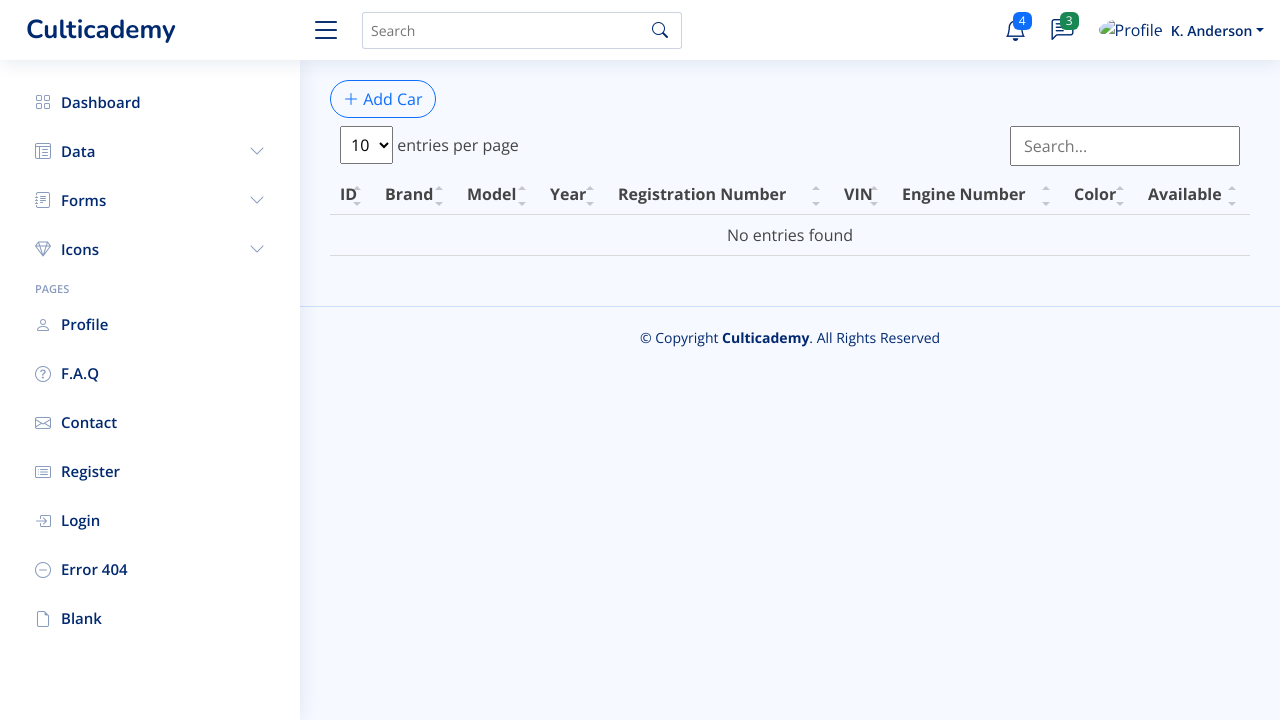
Repository: Jistoper/car_rental
Page: resources/views/backsite/content/car/cartable.blade.php
The author's editor kept a copy of each file at every save. The page is drawn from the files as they stood at one save, then again after the next save.
The browser window is 1280 px wide. The pictures show the whole page.
The page is served by the project's Laravel application, run on PHP 8.4 with Laravel 9. Other server files are loaded and not shown. The template is opened directly, without the code that normally fills it, so the values that code supplies are empty.

Above is the page before, as saved 2023-06-22 13:14:09.

### routes/web.php
<?php

use Illuminate\Support\Facades\Route;
use App\Http\Controllers\carcontroller;

/*
|--------------------------------------------------------------------------
| Web Routes
|--------------------------------------------------------------------------
|
| Here is where you can register web routes for your application. These
| routes are loaded by the RouteServiceProvider within a group which
| contains the "web" middleware group. Now create something great!
|
*/

Route::get('/dashboard', function () {
    return view('backsite.dashboard');
})->name('dashboard');

Route::controller(CarController::class)->as('car.')->group(function(){
    Route::get('/car', 'getall')->name('getall');
    Route::post('/create', 'create')->name('create');
});

### resources/views/backsite/content/car/cartable.blade.php
@extends('backsite.dashboard')

@section('content')

<div>
    <div>
        <a href="{{ route('car.create') }}" class="btn btn-outline-primary rounded-pill bi-plus-lg"> Add Car</a>
    </div>
    <table class="table datatable">
        <thead>
          <tr>
            <th scope="col">ID</th>
            <th scope="col">Brand</th>
            <th scope="col">Model</th>
            <th scope="col">Year</th>
            <th scope="col">Registration Number</th>
            <th scope="col">VIN</th>
            <th scope="col">Engine Number</th>
            <th scope="col">Color</th>
            <th scope="col">Available</th>
          </tr>
        </thead>
        <tbody>
            @foreach($Cars as $cars)
                <tr>
                    <td>{{ $cars['car_id'] }}</td>
                    <td>{{ $cars['brand'] }}</td>
                    <td>{{ $cars['model'] }}</td>
                    <td>{{ $cars['year'] }}</td>
                    <td>{{ $cars['registration_number'] }}</td>
                    <td>{{ $cars['vin'] }}</td>
                    <td>{{ $cars['engine_number'] }}</td>
                    <td>{{ $cars['color'] }}</td>
                    <td>{{ $cars['is_available'] ? 'Yes' : 'No' }}</td>
                </tr>
            @endforeach
        </tbody>
    </table>
</div>

@endsection

### resources/views/backsite/partials/header.blade.php
<header id="header" class="header fixed-top d-flex align-items-center">
    <div class="d-flex align-items-center justify-content-between">
      <a href="{{ route('dashboard') }}" class="logo d-flex align-items-center">
        <img src="assets/img/logo.png" alt="">
        <span class="d-none d-lg-block">Culticademy</span>
      </a>
      <i class="bi bi-list toggle-sidebar-btn"></i>
    </div><!-- End Logo -->

    <div class="search-bar">
      <form class="search-form d-flex align-items-center" method="POST" action="#">
        <input type="text" name="query" placeholder="Search" title="Enter search keyword">
        <button type="submit" title="Search"><i class="bi bi-search"></i></button>
      </form>
    </div><!-- End Search Bar -->

    <nav class="header-nav ms-auto">
      <ul class="d-flex align-items-center">

        <li class="nav-item d-block d-lg-none">
          <a class="nav-link nav-icon search-bar-toggle " href="#">
            <i class="bi bi-search"></i>
          </a>
        </li><!-- End Search Icon-->

        <li class="nav-item dropdown">

          <a class="nav-link nav-icon" href="#" data-bs-toggle="dropdown">
            <i class="bi bi-bell"></i>
            <span class="badge bg-primary badge-number">4</span>
          </a><!-- End Notification Icon -->

          <ul class="dropdown-menu dropdown-menu-end dropdown-menu-arrow notifications">
            <li class="dropdown-header">
              You have 4 new notifications
              <a href="#"><span class="badge rounded-pill bg-primary p-2 ms-2">View all</span></a>
            </li>
            <li>
              <hr class="dropdown-divider">
            </li>

            <li class="notification-item">
              <i class="bi bi-exclamation-circle text-warning"></i>
              <div>
                <h4>Lorem Ipsum</h4>
                <p>Quae dolorem earum veritatis oditseno</p>
                <p>30 min. ago</p>
              </div>
            </li>

            <li>
              <hr class="dropdown-divider">
            </li>

            <li class="notification-item">
              <i class="bi bi-x-circle text-danger"></i>
              <div>
                <h4>Atque rerum nesciunt</h4>
                <p>Quae dolorem earum veritatis oditseno</p>
                <p>1 hr. ago</p>
              </div>
            </li>

            <li>
              <hr class="dropdown-divider">
            </li>

            <li class="notification-item">
              <i class="bi bi-check-circle text-success"></i>
              <div>
                <h4>Sit rerum fuga</h4>
                <p>Quae dolorem earum veritatis oditseno</p>
                <p>2 hrs. ago</p>
              </div>
            </li>

            <li>
              <hr class="dropdown-divider">
            </li>

            <li class="notification-item">
              <i class="bi bi-info-circle text-primary"></i>
              <div>
                <h4>Dicta reprehenderit</h4>
                <p>Quae dolorem earum veritatis oditseno</p>
                <p>4 hrs. ago</p>
              </div>
            </li>

            <li>
              <hr class="dropdown-divider">
            </li>
            <li class="dropdown-footer">
              <a href="#">Show all notifications</a>
            </li>

          </ul><!-- End Notification Dropdown Items -->

        </li><!-- End Notification Nav -->

        <li class="nav-item dropdown">

          <a class="nav-link nav-icon" href="#" data-bs-toggle="dropdown">
            <i class="bi bi-chat-left-text"></i>
            <span class="badge bg-success badge-number">3</span>
          </a><!-- End Messages Icon -->

          <ul class="dropdown-menu dropdown-menu-end dropdown-menu-arrow messages">
            <li class="dropdown-header">
              You have 3 new messages
              <a href="#"><span class="badge rounded-pill bg-primary p-2 ms-2">View all</span></a>
            </li>
            <li>
              <hr class="dropdown-divider">
            </li>

            <li class="message-item">
              <a href="#">
                <img src="assets/img/messages-1.jpg" alt="" class="rounded-circle">
                <div>
                  <h4>Maria Hudson</h4>
                  <p>Velit asperiores et ducimus soluta repudiandae labore officia est ut...</p>
                  <p>4 hrs. ago</p>
                </div>
              </a>
            </li>
            <li>
              <hr class="dropdown-divider">
            </li>

            <li class="message-item">
              <a href="#">
                <img src="assets/img/messages-2.jpg" alt="" class="rounded-circle">
                <div>
                  <h4>Anna Nelson</h4>
                  <p>Velit asperiores et ducimus soluta repudiandae labore officia est ut...</p>
                  <p>6 hrs. ago</p>
                </div>
              </a>
            </li>
            <li>
              <hr class="dropdown-divider">
            </li>

            <li class="message-item">
              <a href="#">
                <img src="assets/img/messages-3.jpg" alt="" class="rounded-circle">
                <div>
                  <h4>David Muldon</h4>
                  <p>Velit asperiores et ducimus soluta repudiandae labore officia est ut...</p>
                  <p>8 hrs. ago</p>
                </div>
              </a>
            </li>
            <li>
              <hr class="dropdown-divider">
            </li>

            <li class="dropdown-footer">
              <a href="#">Show all messages</a>
            </li>

          </ul><!-- End Messages Dropdown Items -->

        </li><!-- End Messages Nav -->

        <li class="nav-item dropdown pe-3">

          <a class="nav-link nav-profile d-flex align-items-center pe-0" href="#" data-bs-toggle="dropdown">
            <img src="assets/img/profile-img.jpg" alt="Profile" class="rounded-circle">
            <span class="d-none d-md-block dropdown-toggle ps-2">K. Anderson</span>
          </a><!-- End Profile Iamge Icon -->

          <ul class="dropdown-menu dropdown-menu-end dropdown-menu-arrow profile">
            <li class="dropdown-header">
              <h6>Kevin Anderson</h6>
              <span>Web Designer</span>
            </li>
            <li>
              <hr class="dropdown-divider">
            </li>

            <li>
              <a class="dropdown-item d-flex align-items-center" href="users-profile.html">
                <i class="bi bi-person"></i>
                <span>My Profile</span>
              </a>
            </li>
            <li>
              <hr class="dropdown-divider">
            </li>

            <li>
              <a class="dropdown-item d-flex align-items-center" href="users-profile.html">
                <i class="bi bi-gear"></i>
                <span>Account Settings</span>
              </a>
            </li>
            <li>
              <hr class="dropdown-divider">
            </li>

            <li>
              <a class="dropdown-item d-flex align-items-center" href="pages-faq.html">
                <i class="bi bi-question-circle"></i>
                <span>Need Help?</span>
              </a>
            </li>
            <li>
              <hr class="dropdown-divider">
            </li>

            <li>
              <a class="dropdown-item d-flex align-items-center" href="#">
                <i class="bi bi-box-arrow-right"></i>
                <span>Sign Out</span>
              </a>
            </li>

          </ul><!-- End Profile Dropdown Items -->
        </li><!-- End Profile Nav -->

      </ul>
    </nav><!-- End Icons Navigation -->
</header>

### resources/views/backsite/partials/sidebar.blade.php
<aside id="sidebar" class="sidebar">

    <ul class="sidebar-nav" id="sidebar-nav">

      <li class="nav-item">
        <a class="nav-link collapsed" href="{{ route('dashboard') }}">
          <i class="bi bi-grid"></i>
          <span>Dashboard</span>
        </a>
      </li><!-- End Dashboard Nav -->

      <li class="nav-item">
        <a class="nav-link collapsed" data-bs-target="#tables-nav" data-bs-toggle="collapse" href="#">
          <i class="bi bi-layout-text-window-reverse"></i><span>Data</span><i class="bi bi-chevron-down ms-auto"></i>
        </a>
        <ul id="tables-nav" class="nav-content collapse " data-bs-parent="#sidebar-nav">
          <li>
            <a href="{{ route('car.getall') }}">
              <i class="bi bi-circle"></i><span>Cars</span>
            </a>
          </li>
          <li>
            <a href="{{ route('dashboard') }}">
              <i class="bi bi-circle"></i><span>Data Tables</span>
            </a>
          </li>
        </ul>
      </li><!-- End Tables Nav -->

      <li class="nav-item">
        <a class="nav-link collapsed" data-bs-target="#forms-nav" data-bs-toggle="collapse" href="#">
          <i class="bi bi-journal-text"></i><span>Forms</span><i class="bi bi-chevron-down ms-auto"></i>
        </a>
        <ul id="forms-nav" class="nav-content collapse " data-bs-parent="#sidebar-nav">
          <li>
            <a href="forms-elements.html">
              <i class="bi bi-circle"></i><span>Form Elements</span>
            </a>
          </li>
          <li>
            <a href="forms-layouts.html">
              <i class="bi bi-circle"></i><span>Form Layouts</span>
            </a>
          </li>
          <li>
            <a href="forms-editors.html">
              <i class="bi bi-circle"></i><span>Form Editors</span>
            </a>
          </li>
          <li>
            <a href="forms-validation.html">
              <i class="bi bi-circle"></i><span>Form Validation</span>
            </a>
          </li>
        </ul>
      </li><!-- End Forms Nav -->

      <li class="nav-item">
        <a class="nav-link collapsed" data-bs-target="#icons-nav" data-bs-toggle="collapse" href="#">
          <i class="bi bi-gem"></i><span>Icons</span><i class="bi bi-chevron-down ms-auto"></i>
        </a>
        <ul id="icons-nav" class="nav-content collapse " data-bs-parent="#sidebar-nav">
          <li>
            <a href="icons-bootstrap.html">
              <i class="bi bi-circle"></i><span>Bootstrap Icons</span>
            </a>
          </li>
          <li>
            <a href="icons-remix.html">
              <i class="bi bi-circle"></i><span>Remix Icons</span>
            </a>
          </li>
          <li>
            <a href="icons-boxicons.html">
              <i class="bi bi-circle"></i><span>Boxicons</span>
            </a>
          </li>
        </ul>
      </li><!-- End Icons Nav -->

      <li class="nav-heading">Pages</li>

      <li class="nav-item">
        <a class="nav-link collapsed" href="users-profile.html">
          <i class="bi bi-person"></i>
          <span>Profile</span>
        </a>
      </li><!-- End Profile Page Nav -->

      <li class="nav-item">
        <a class="nav-link collapsed" href="pages-faq.html">
          <i class="bi bi-question-circle"></i>
          <span>F.A.Q</span>
        </a>
      </li><!-- End F.A.Q Page Nav -->

      <li class="nav-item">
        <a class="nav-link collapsed" href="pages-contact.html">
          <i class="bi bi-envelope"></i>
          <span>Contact</span>
        </a>
      </li><!-- End Contact Page Nav -->

      <li class="nav-item">
        <a class="nav-link collapsed" href="pages-register.html">
          <i class="bi bi-card-list"></i>
          <span>Register</span>
        </a>
      </li><!-- End Register Page Nav -->

      <li class="nav-item">
        <a class="nav-link collapsed" href="pages-login.html">
          <i class="bi bi-box-arrow-in-right"></i>
          <span>Login</span>
        </a>
      </li><!-- End Login Page Nav -->

      <li class="nav-item">
        <a class="nav-link collapsed" href="pages-error-404.html">
          <i class="bi bi-dash-circle"></i>
          <span>Error 404</span>
        </a>
      </li><!-- End Error 404 Page Nav -->

      <li class="nav-item">
        <a class="nav-link collapsed" href="pages-blank.html">
          <i class="bi bi-file-earmark"></i>
          <span>Blank</span>
        </a>
      </li><!-- End Blank Page Nav -->

    </ul>

  </aside><!-- End Sidebar-->

### public/assets/simple-datatables/style.css
.datatable-wrapper.no-header .datatable-container {
	border-top: 1px solid #d9d9d9;
}

.datatable-wrapper.no-footer .datatable-container {
	border-bottom: 1px solid #d9d9d9;
}

.datatable-top,
.datatable-bottom {
	padding: 8px 10px;
}

.datatable-top > nav:first-child,
.datatable-top > div:first-child,
.datatable-bottom > nav:first-child,
.datatable-bottom > div:first-child {
	float: left;
}

.datatable-top > nav:last-child,
.datatable-top > div:last-child,
.datatable-bottom > nav:last-child,
.datatable-bottom > div:last-child {
	float: right;
}

.datatable-selector {
	padding: 6px;
}

.datatable-input {
	padding: 6px 12px;
}

.datatable-info {
	margin: 7px 0;
}

/* PAGER */
.datatable-pagination ul {
	margin: 0;
	padding-left: 0;
}

.datatable-pagination li {
	list-style: none;
	float: left;
}

.datatable-pagination li.datatable-hidden {
    visibility: hidden;
}

.datatable-pagination a {
	border: 1px solid transparent;
	float: left;
	margin-left: 2px;
	padding: 6px 12px;
	position: relative;
	text-decoration: none;
	color: #333;
    cursor: pointer;
}

.datatable-pagination a:hover {
	background-color: #d9d9d9;
}

.datatable-pagination .datatable-active a,
.datatable-pagination .datatable-active a:focus,
.datatable-pagination .datatable-active a:hover {
	background-color: #d9d9d9;
	cursor: default;
}

.datatable-pagination .datatable-ellipsis a,
.datatable-pagination .datatable-disabled a,
.datatable-pagination .datatable-disabled a:focus,
.datatable-pagination .datatable-disabled a:hover {
    pointer-events: none;
    cursor: default;
}

.datatable-pagination .datatable-disabled a,
.datatable-pagination .datatable-disabled a:focus,
.datatable-pagination .datatable-disabled a:hover {
	cursor: not-allowed;
	opacity: 0.4;
}

.datatable-pagination .datatable-pagination a {
	font-weight: bold;
}

/* TABLE */
.datatable-table {
	max-width: 100%;
	width: 100%;
	border-spacing: 0;
	border-collapse: separate;
}

.datatable-table > tbody > tr > td,
.datatable-table > tbody > tr > th,
.datatable-table > tfoot > tr > td,
.datatable-table > tfoot > tr > th,
.datatable-table > thead > tr > td,
.datatable-table > thead > tr > th {
	vertical-align: top;
	padding: 8px 10px;
}

.datatable-table > thead > tr > th {
	vertical-align: bottom;
	text-align: left;
	border-bottom: 1px solid #d9d9d9;
}

.datatable-table > tfoot > tr > th {
	vertical-align: bottom;
	text-align: left;
	border-top: 1px solid #d9d9d9;
}

.datatable-table th {
	vertical-align: bottom;
	text-align: left;
}

.datatable-table th a {
	text-decoration: none;
	color: inherit;
}

.datatable-sorter, .datatable-filter {
	display: inline-block;
	height: 100%;
	position: relative;
	width: 100%;
}

.datatable-sorter::before,
.datatable-sorter::after {
	content: "";
	height: 0;
	width: 0;
	position: absolute;
	right: 4px;
	border-left: 4px solid transparent;
	border-right: 4px solid transparent;
	opacity: 0.2;
}


.datatable-sorter::before {
	border-top: 4px solid #000;
	bottom: 0px;
}

.datatable-sorter::after {
	border-bottom: 4px solid #000;
	border-top: 4px solid transparent;
	top: 0px;
}

.datatable-ascending .datatable-sorter::after,
.datatable-descending .datatable-sorter::before,
.datatable-ascending .datatable-filter::after,
.datatable-descending .datatable-filter::before {
	opacity: 0.6;
}

.datatable-filter::before {
    content: "";
    position: absolute;
    right: 4px;
    opacity: 0.2;
    width: 0;
    height: 0;
    border-left: 7px solid transparent;
    border-right: 7px solid transparent;
	border-radius: 50%;
    border-top: 10px solid #000;
    top: 25%;
}

.datatable-filter-active .datatable-filter::before {
    opacity: 0.6;
}

.datatable-empty {
	text-align: center;
}

.datatable-top::after, .datatable-bottom::after {
	clear: both;
	content: " ";
	display: table;
}

table.datatable-table:focus tr.datatable-cursor > td:first-child {
	border-left: 3px blue solid;
}

table.datatable-table:focus {
	outline: solid 1px black;
    outline-offset: -1px;
}

Loaded but not shown: public/assets/bootstrap/css/bootstrap.min.css (library); public/assets/bootstrap-icons/bootstrap-icons.css (library); public/assets/boxicons/css/boxicons.min.css (library); public/assets/apexcharts/apexcharts.min.js (library); public/assets/bootstrap/js/bootstrap.bundle.min.js (library); public/assets/chart.js/chart.umd.js (library); public/assets/echarts/echarts.min.js (library); public/assets/quill/quill.min.js (library); public/assets/simple-datatables/simple-datatables.js (library); public/assets/tinymce/tinymce.min.js (library); public/js/main.js (321 lines, source omitted); public/assets/php-email-form/validate.js (85 lines, source omitted); public/assets/remixicon/remixicon.css (2526 lines, source omitted); resources/views/backsite/dashboard.blade.php (740 lines, source omitted); public/assets/quill/quill.bubble.css (952 lines, source omitted); public/assets/quill/quill.snow.css (945 lines, source omitted); public/css/style.css (1233 lines, source omitted)

After the next save:
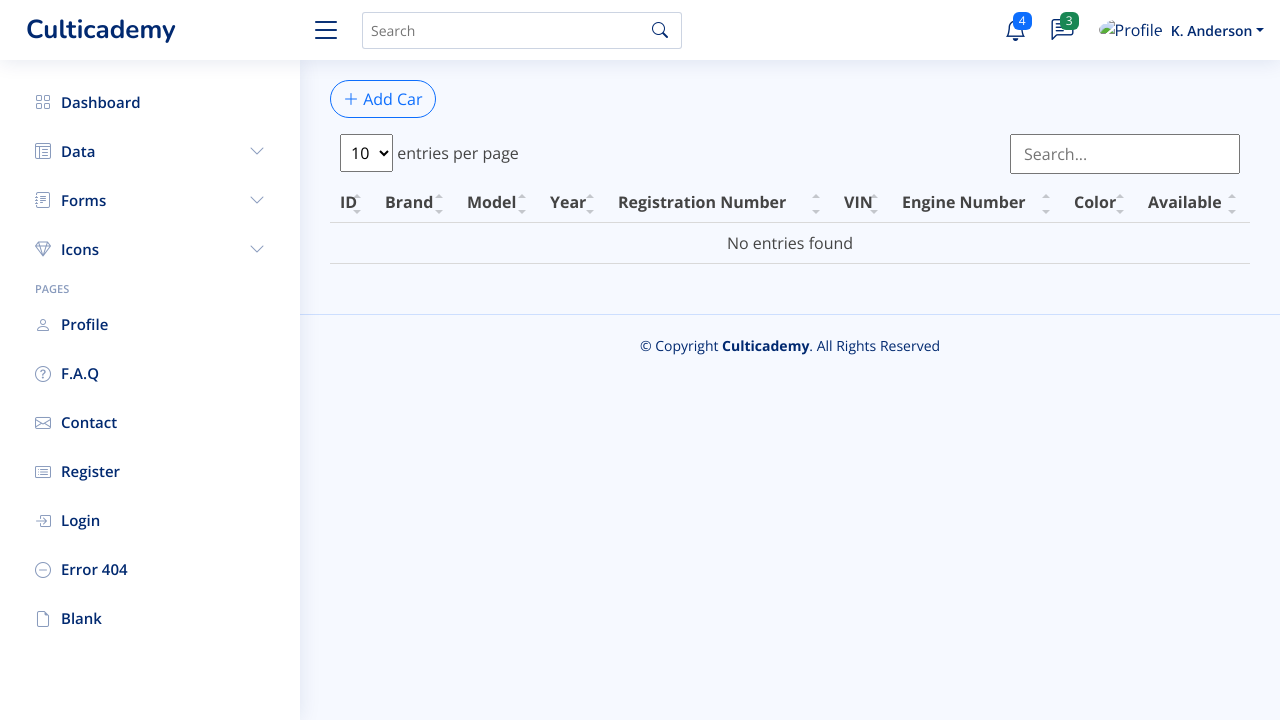
Saved 50 s later.
--- a/resources/views/backsite/content/car/cartable.blade.php
+++ b/resources/views/backsite/content/car/cartable.blade.php
@@ -3,7 +3,7 @@
 @section('content')
 
 <div>
-    <div>
+    <div class="mb-2">
         <a href="{{ route('car.create') }}" class="btn btn-outline-primary rounded-pill bi-plus-lg"> Add Car</a>
     </div>
     <table class="table datatable">

After the save that followed:
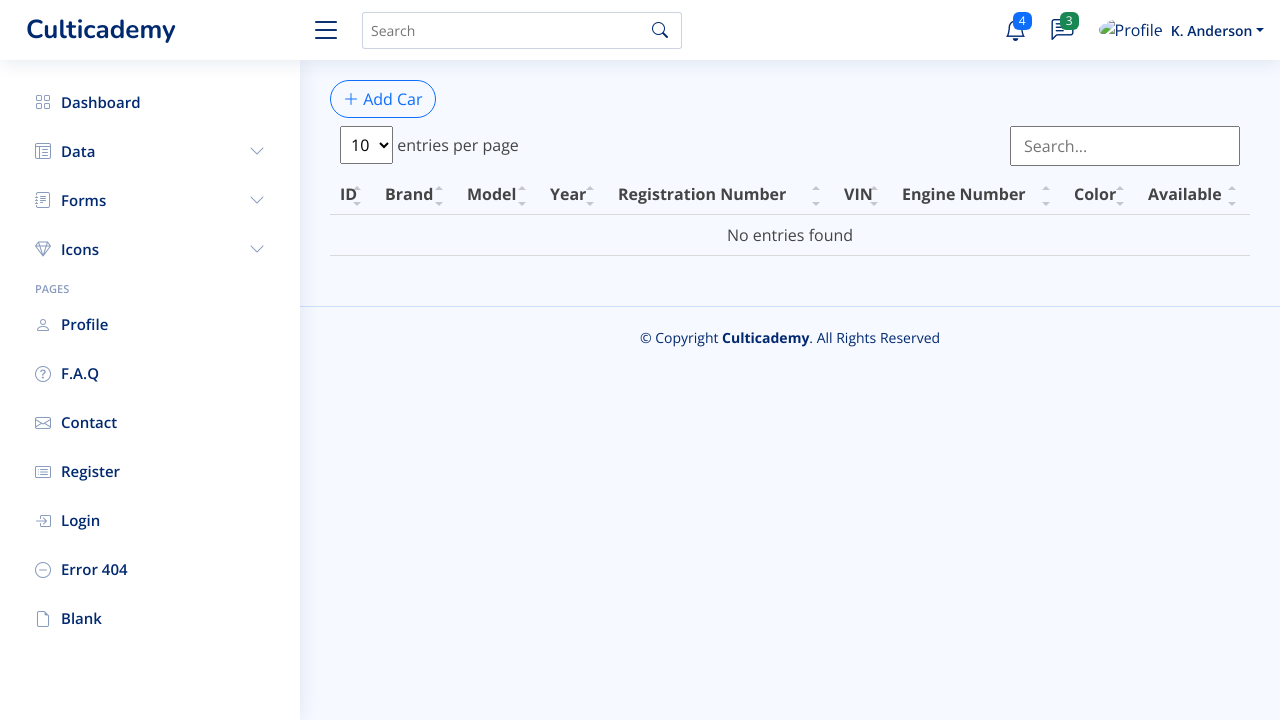
Saved 11 s later.
--- a/resources/views/backsite/content/car/cartable.blade.php
+++ b/resources/views/backsite/content/car/cartable.blade.php
@@ -3,7 +3,7 @@
 @section('content')
 
 <div>
-    <div class="mb-2">
+    <div class="mb-6">
         <a href="{{ route('car.create') }}" class="btn btn-outline-primary rounded-pill bi-plus-lg"> Add Car</a>
     </div>
     <table class="table datatable">
